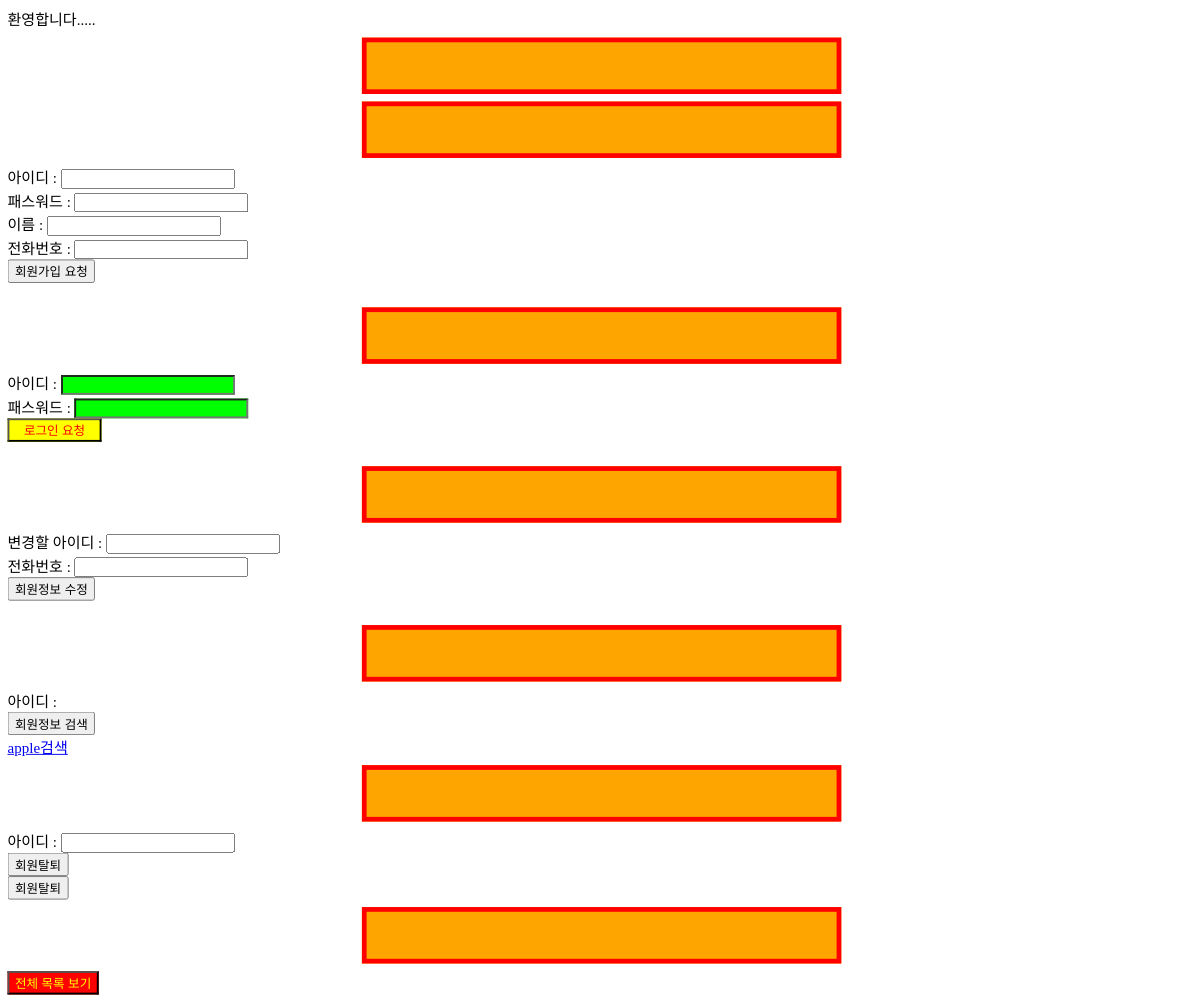
Repository: songhyeonjun/java
Page: http://localhost/spring03/
The author's editor kept a copy of each file at every save. The page is drawn from the files as they stood at one save, then again after the next save.
The browser window is 1280 px wide. The pictures show the whole page, at 94% of full size.
The page is served by Tomcat 9.

Above is the page before, as saved 2022-02-16 06:18:45.

After the next save:
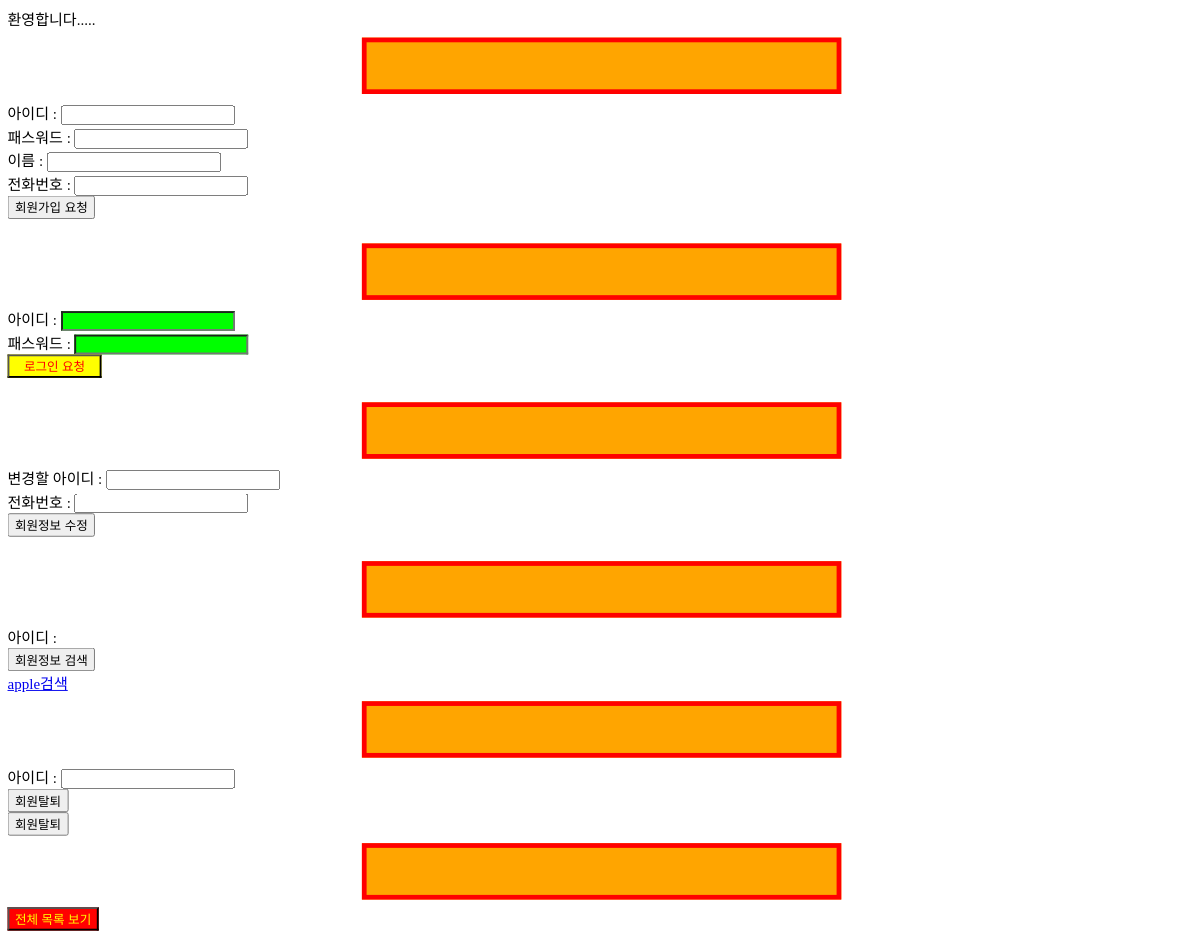
Saved 16 s later.
--- a/spring03/src/main/webapp/index.jsp
+++ b/spring03/src/main/webapp/index.jsp
@@ -18,7 +18,6 @@
    </head>
    <body>
    환영합니다.....<br>
-   <hr>
    <hr color='red'>
    <form action="create">
    아이디   : <input type="text" name="id"><br>
